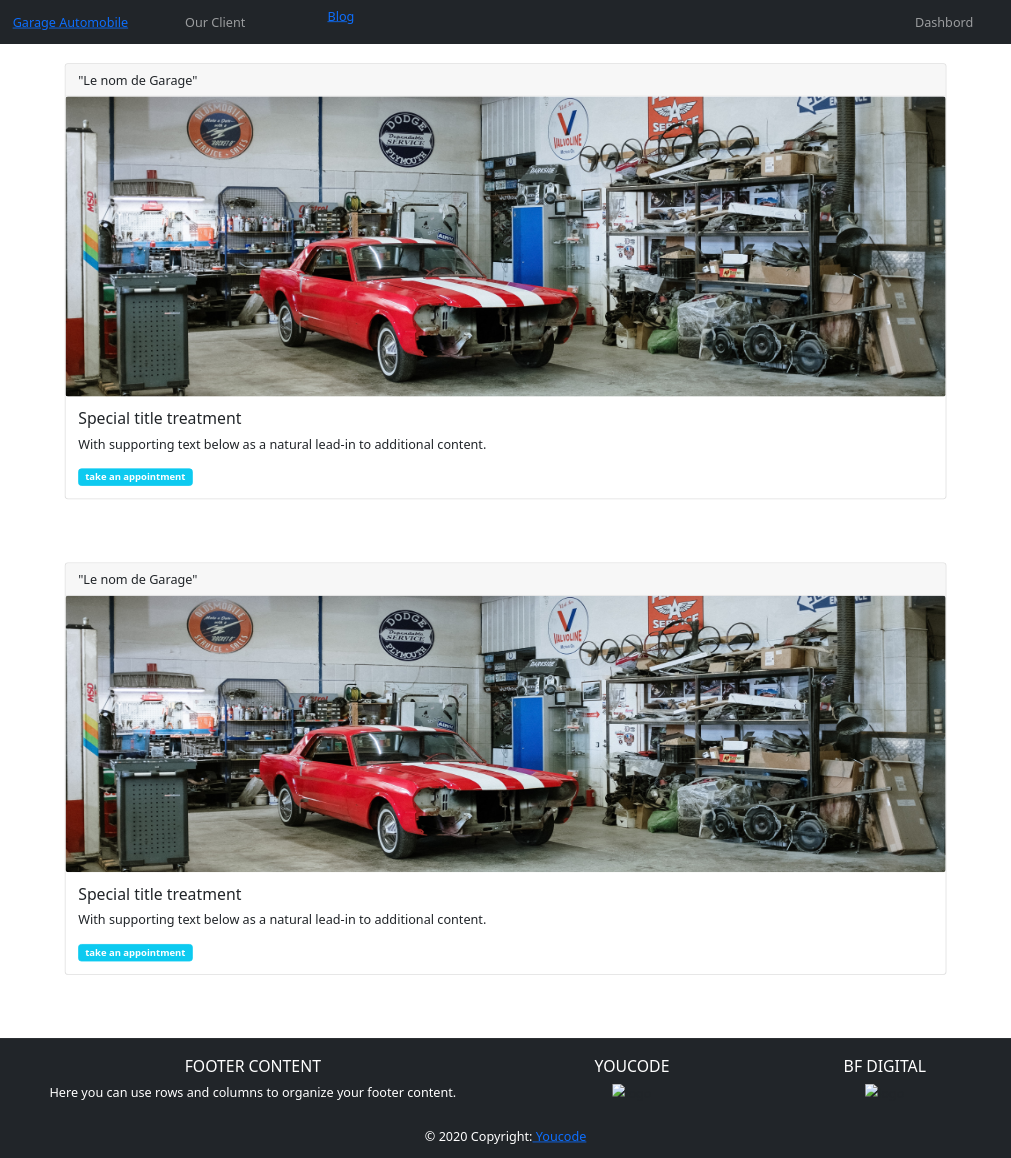
Repository: abdelhak-f/Fil-Rouge
Page: /Blog (app in client/)
These files come from the project's save history. The page is drawn as it stood at one moment and after the next save; the edit follows.
The browser window is 1280 px wide. The pictures show the whole page, at 79% of full size.
The project was rebuilt for these pictures with package versions that can differ from the ones it lists, and the page was loaded fresh each time. Also part of the build but not shown: client/src/components/Text.jsx, client/src/components/forms/FirstFrontForm.jsx, client/src/components/Body.jsx.

Above is the page before, as saved 2021-09-08 15:33:29.

### client/public/index.html
<!DOCTYPE html>
<html lang="en">
  <head>
    <meta charset="utf-8" />
    <link rel="icon" href="%PUBLIC_URL%/favicon.ico" />
    <meta name="viewport" content="width=device-width, initial-scale=1" />
    <meta name="theme-color" content="#000000" />
    <meta
      name="description"
      content="Web site created using create-react-app"
    />
    <!--   import bootstrao  -->
    <link
  rel="stylesheet"
  href="https://cdn.jsdelivr.net/npm/bootstrap@5.1.0/dist/css/bootstrap.min.css"
  integrity="sha384-KyZXEAg3QhqLMpG8r+8fhAXLRk2vvoC2f3B09zVXn8CA5QIVfZOJ3BCsw2P0p/We"
  crossorigin="anonymous"
  />

    <link rel="apple-touch-icon" href="%PUBLIC_URL%/logo192.png" />
    <!--
      manifest.json provides metadata used when your web app is installed on a
      user's mobile device or desktop. See https://developers.google.com/web/fundamentals/web-app-manifest/
    -->
    <link rel="manifest" href="%PUBLIC_URL%/manifest.json" />
    <!--
      Notice the use of %PUBLIC_URL% in the tags above.
      It will be replaced with the URL of the `public` folder during the build.
      Only files inside the `public` folder can be referenced from the HTML.

      Unlike "/favicon.ico" or "favicon.ico", "%PUBLIC_URL%/favicon.ico" will
      work correctly both with client-side routing and a non-root public URL.
      Learn how to configure a non-root public URL by running `npm run build`.
    -->
    <title>React App</title>
  </head>
  <body>
    <noscript>You need to enable JavaScript to run this app.</noscript>
    <div id="root"></div>
    <!--
      This HTML file is a template.
      If you open it directly in the browser, you will see an empty page.

      You can add webfonts, meta tags, or analytics to this file.
      The build step will place the bundled scripts into the <body> tag.

      To begin the development, run `npm start` or `yarn start`.
      To create a production bundle, use `npm run build` or `yarn build`.
    -->
  </body>
</html>

### client/src/index.js
import React from 'react';
import ReactDOM from 'react-dom';
import './index.css';
import App from './App';
import reportWebVitals from './reportWebVitals';

// import bootstrap
import 'bootstrap/dist/css/bootstrap.min.css';

ReactDOM.render(
  <React.StrictMode>
    <App />
  </React.StrictMode>,
  document.getElementById('root')
);

// If you want to start measuring performance in your app, pass a function
// to log results (for example: reportWebVitals(console.log))
// or send to an analytics endpoint. Learn more: https://bit.ly/CRA-vitals
reportWebVitals();

### client/src/App.js
// import './App.css';
import React from 'react';

import Navbar from './components/Nnavbar';
import Body from './components/Body';
import Footer from './components/Footer';
import Blog from './components/Blog';

import { BrowserRouter as Router, Switch, Route } from 'react-router-dom';






function App() {
  return (


    <>
<Router>

     <Navbar />




    <Switch>
    <Route  path="/" exact component={Body} />
       <Route  path="/Blog" component={Blog} />
    </Switch>

    <Footer/>
</Router>
    </>

  );
}

export default App;

### client/src/components/Nnavbar.jsx
import React from 'react';
import { NavLink } from 'react-router-dom';

import * as ReactBootstrap from 'react-bootstrap';









function Navbar() {
    return(
      <>

            <ReactBootstrap.Navbar className="mb-5" collapseOnSelect expand="lg" bg="dark" variant="dark" fixed="top">

 <NavLink className="mx-3" to="/">Garage Automobile</NavLink>
 <ReactBootstrap.Navbar.Toggle aria-controls="responsive-navbar-nav" />
 <ReactBootstrap.Navbar.Collapse id="responsive-navbar-nav">
   <ReactBootstrap.Nav className="me-auto">
     <ReactBootstrap.Nav.Link className="mx-5" href="#features">Our Client</ReactBootstrap.Nav.Link>
     <NavLink  className="px-5" to="/blog">Blog</NavLink>
     {/* <ReactBootstrap.NavDropdown title="Dropdown" id="collasible-nav-dropdown">
       <ReactBootstrap.NavDropdown.Item href="#action/3.1">Action</ReactBootstrap.NavDropdown.Item>
       <ReactBootstrap.NavDropdown.Item href="#action/3.2">Another action</ReactBootstrap.NavDropdown.Item>
       <ReactBootstrap.NavDropdown.Item href="#action/3.3">Something</ReactBootstrap.NavDropdown.Item>
       <ReactBootstrap.NavDropdown.Divider />
       <ReactBootstrap.NavDropdown.Item href="#action/3.4">Separated link</ReactBootstrap.NavDropdown.Item>
     </ReactBootstrap.NavDropdown> */}
   </ReactBootstrap.Nav>
   <ReactBootstrap.Nav>
     <ReactBootstrap.Nav.Link href="#deets" className="px-5" > Dashbord</ReactBootstrap.Nav.Link>
     {/* <ReactBootstrap.Nav.Link eventKey={2} href="#memes">
       Admin
     </ReactBootstrap.Nav.Link> */}
   </ReactBootstrap.Nav>
 </ReactBootstrap.Navbar.Collapse>

</ReactBootstrap.Navbar>





</>

    )
}

export default Navbar ;

### client/src/components/Footer.jsx
import React from "react";


function Footer () {
    return(
<footer  className="pt-4 page-footer font-small blue bg-dark ">
    <div className="text-center container-fluid text-md-left ">
        <div className="row">
            <div className="mt-3 text-white col-md-6 mt-md-0">
                <h5 className=" text-uppercase">Footer Content</h5>
                <p >Here you can use rows and columns to organize your footer content.</p>
            </div>

            <hr className="clearfix pb-0 w-100 d-md-none"/>

            <div className="mb-3 col-md-3 mb-md-0">
                <h5 className="text-white text-uppercase">Youcode</h5>
                <img src="" alt="logo" width={300} /></div>

            <div className="mb-3 col-md-3 mb-md-0">
                <h5 className="text-white text-uppercase " >BF Digital</h5>
                <img src="" alt="logo" width={300} />
            </div>
        </div>
    </div>

    <div className="py-3 text-center text-white footer-copyright " >© 2020 Copyright:
        <a href="https://www.youcode.ma/"> Youcode</a>
    </div>

</footer>
)

}

export default Footer

### client/src/components/Blog.jsx
import React from 'react'
import './css/style.css';
import { Container, Card, Button, Badge } from 'react-bootstrap';
import image from '../images/image.jpg';

function Blog() {
  return (

     <Container  className="Blog" >
         {/* first blog */}
         <Card >
           <Card.Header  >"Le nom de Garage"  </Card.Header>
            <Card.Img
            style={{ height: '380px', weiht: '500px' }}
             src={image} />
            <Card.Body>
            <Card.Title>Special title treatment</Card.Title>
            <Card.Text>
                 With supporting text below as a natural lead-in to additional content.
            </Card.Text>
            <div>
            <Button className="badge" variant="info">
               take an appointment
            </Button>
            </div>


           </Card.Body>
        </Card>

        <Card className="Blog">
           <Card.Header  >"Le nom de Garage"  </Card.Header>
            <Card.Img
             style={{ height: '350px', weiht: '500px' }}
            src={image} />
            <Card.Body>
            <Card.Title>Special title treatment</Card.Title>
            <Card.Text>
                 With supporting text below as a natural lead-in to additional content.
            </Card.Text>
            <Button className="badge" variant="info">take an appointment</Button>
           </Card.Body>
        </Card>

        {/* second blog */}

     </Container>


  )

}

export default Blog

### client/src/components/css/style.css

.Blog {
    margin-top: 5rem;
    margin-bottom: 5rem;
  }

Loaded but not shown: client/src/index.css (common file); client/src/reportWebVitals.js (common file)

After the next save:
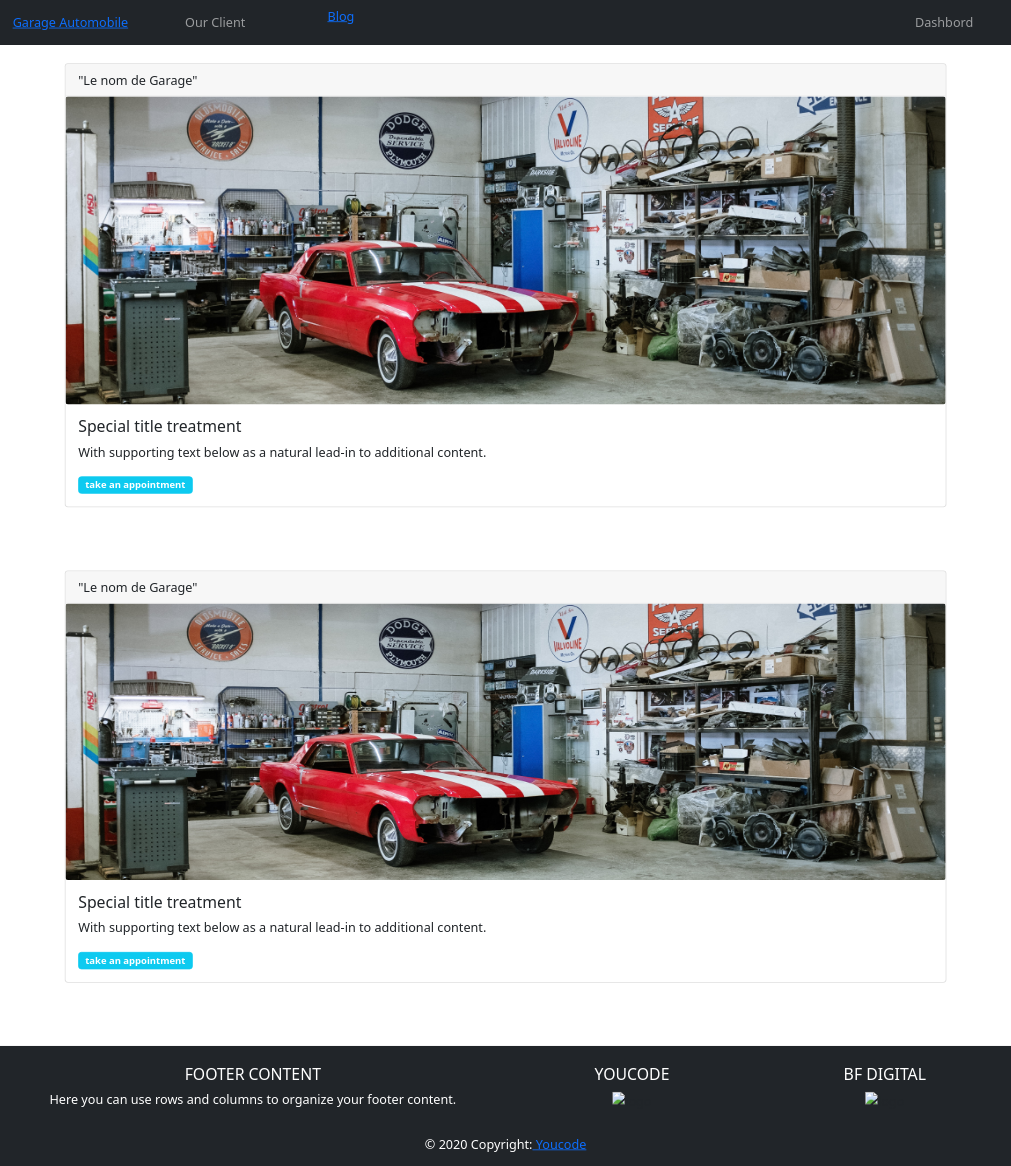
Saved 9 s later.
--- a/client/src/components/Blog.jsx
+++ b/client/src/components/Blog.jsx
@@ -11,7 +11,7 @@ function Blog() {
          <Card >
            <Card.Header  >"Le nom de Garage"  </Card.Header>
             <Card.Img
-            style={{ height: '380px', weiht: '500px' }}
+            style={{ height: '390px', weiht: '500px' }}
              src={image} />
             <Card.Body>
             <Card.Title>Special title treatment</Card.Title>
